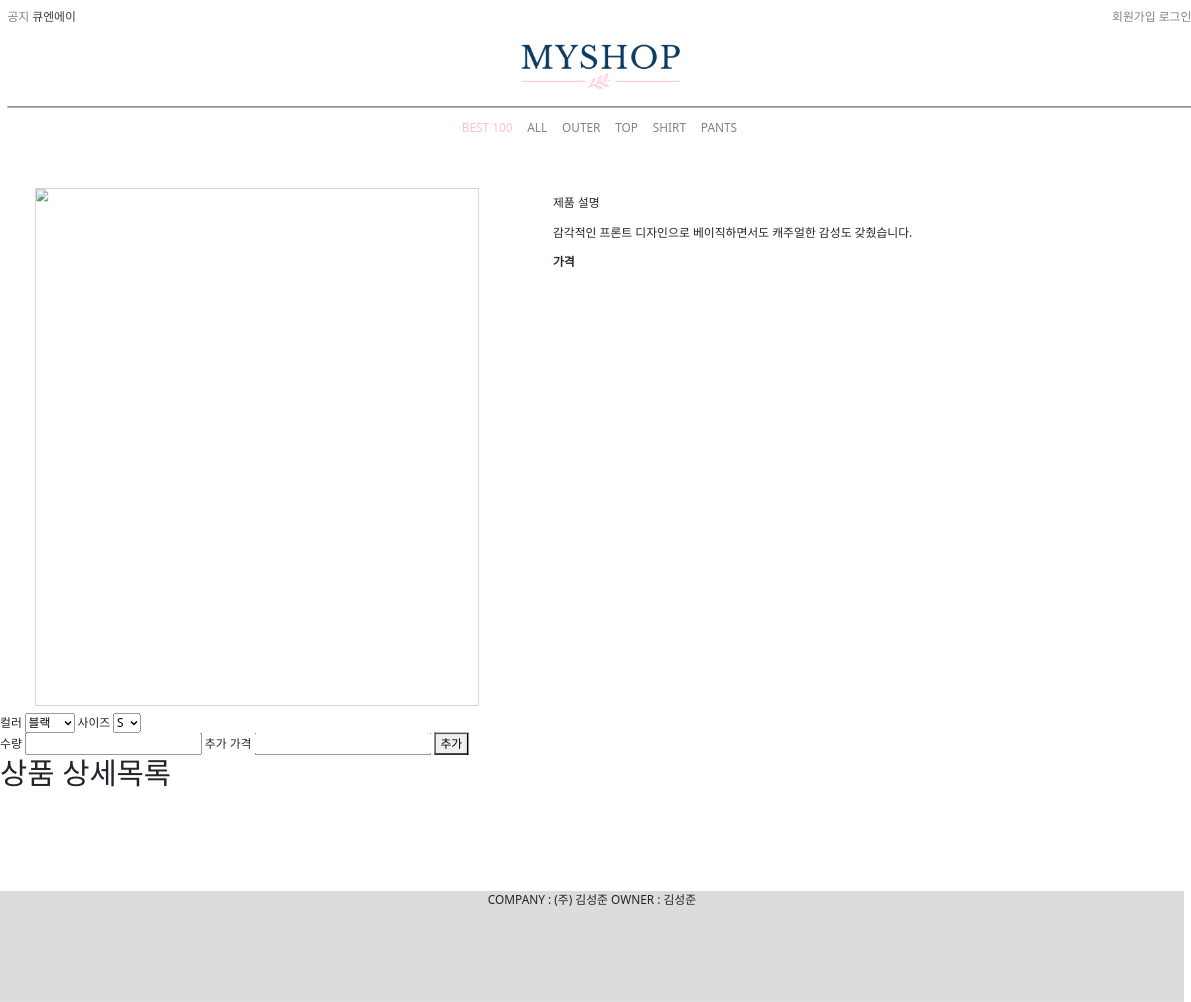
Repository: kkj53051000/MyShop
Page: http://localhost/myshop/WEB-INF/views/admin-product-modify.jsp
The author's editor kept a copy of each file at every save. The page is drawn from the files as they stood at one save, then again after the next save.
The browser window is 1280 px wide. The page is 1610 px wide, so the pictures cover 1610 px, including what lies to the right of the window. The pictures show the whole page, at 74% of full size.
The page is served by Tomcat 9. Nobody is signed in. Other server files are loaded and not shown. The template is opened directly, without the code that normally fills it, so the values that code supplies are empty.

Above is the page before, as saved 2021-02-27 05:13:55.

### myshop/src/main/webapp/WEB-INF/views/admin-product-modify.jsp
<%@ page language="java" contentType="text/html; charset=UTF-8"
    pageEncoding="UTF-8"%>
<!DOCTYPE html>
<html>
<head>
	<meta charset="UTF-8">
	<title>Insert title here</title>
	<style>
		.product_wrap{
			height: 1000px;
			width: 100%;

			display: flex;
			flex-direction: column;
		}
		.product_top{
			width: 100%;
			margin-top: 50px;

			display: flex;
			flex-direction: row;
			justify-content: center;
		}
		.prdout_img{
			height: 700px;
			width: 600px;
		}
		.product_data{
			margin-left: 100px;
		}
		.product_bottom{
			width: 100%;

			display: flex;
			flex-direction: column;
			justify-content: center;
		}
	</style>
</head>
<body>
<%@ include file="common/header.jsp" %>
<div class="product_wrap">
	<div class="product_top">
		<div>
			<img class="prdout_img" src="${product.img_src}"/>
		</div>
		<div class="product_data">
			<div class="product_name">
				<h1>${product.name}</h1>
			</div>
			<div class="product_info">
				<p>제품 설명</p>
				<p>감각적인 프론트 디자인으로 베이직하면서도 캐주얼한 감성도 갖췄습니다.</p>
				<b>가격</b> <p>${product.price}</p>
			</div>
		</div>
	</div>
	<div class="product_bottom">
		<form action="/productinfo" method="POST">
			<span>컬러</span>
		    <select name="color">
		        <option value="BLACK">블랙</option>
		        <option value="WHITE">화이트</option>
		        <option value="BLUE">블루</option>
		    </select>
		    <span>사이즈</span>
		    <select name="size">
		        <option value="S">S</option>
		        <option value="M">M</option>
		        <option value="L">L</option>
		    </select>
		    <br/>
		    <span>수량</span> <input name="amount"/>
		    <span>추가 가격</span> <input name="add_price">
		    <input type="hidden" name="id" value="${product.id}">
		    <button class="add_btn">추가</button>
		</form>
		<h1>상품 상세목록</h1>
		<c:forEach var="info" items="${productinfos}">
			색상 : ${info.color} 사이즈 : ${info.size} 수량 : ${info.amount}<br/>
		</c:forEach>
	</div>
</div>


	<%@ include file="common/footer.jsp" %>

	<!--
	<script
  src="https://code.jquery.com/jquery-3.5.1.js"
  integrity="sha256-QWo7LDvxbWT2tbbQ97B53yJnYU3WhH/C8ycbRAkjPDc="
  crossorigin="anonymous"></script>

	<script type="text/javascript">



    document.querySelector('.add_btn').addEventListener('click', function() {
        const color_target = document.getElementById("color");
        const color_targetValue = document.getElementById("color").options.selectedIndex;

        const size_target = document.getElementById("size");
        const size_targetValue = document.getElementById("size").options.selectedIndex;

        const color_value = color_target.options[color_targetValue].value;
        const size_value = size_target.options[size_targetValue].value;

        const amount_value = document.getElementById("amount").value;

        console.log(color_value)
        console.log(size_value)
        console.log(amount_value)

        $.ajax({
				type : 'GET',
				data : {color : color_value, size : size_value, amount : amount_value },
				url : 'http://localhost:8080/colorsize',
				error : function(error){
				},
				success : function(data){

				},

			});

        })
    </script>

     -->
</body>
</html>

### myshop/src/main/webapp/WEB-INF/views/common/header.jsp
<%@ page language="java" contentType="text/html; charset=UTF-8" pageEncoding="UTF-8"%>
<%@ taglib prefix="c" uri="http://java.sun.com/jsp/jstl/core" %>
<!DOCTYPE html>
<html>
<head>
	<meta charset="UTF-8">
	<title>Header</title>
	<style>
		.header{
			margin: 10px;

			min-width: 1600px;
		}
		.header_top{
			display: flex;
			flex-direction: row;
			justify-content: space-between;

			color: #3c3c3c;
		}
		.header_center{
			display: flex;
			justify-content: center;
			margin-bottom: 5px;
			border-bottom: 1px solid black;
		}
		.header_center_img{
			height: 100px;
		}
		.header_left{

		}
		.header_right{

		}
		.header_footer{

			width: 100%;
			display: flex;
			justify-content: center;

			<!-- position: fixed; -->


			color: #828282;
		}
		.header_footer > span{
			margin: 10px;
		}
		img{
			margin-bottom: 10px;
		}

		a:link {text-decoration:none; color: #828282;}
		a:visited {text-decoration:none; color: #828282;}
		a:hover {text-decoration:none; color: #828282;}
	</style>
	<link href="https://cdn.jsdelivr.net/npm/bootstrap@5.0.0-beta2/dist/css/bootstrap.min.css" rel="stylesheet" integrity="sha384-BmbxuPwQa2lc/FVzBcNJ7UAyJxM6wuqIj61tLrc4wSX0szH/Ev+nYRRuWlolflfl" crossorigin="anonymous">
</head>
<body>
	<div class="header">
		<div class="header_top">
			<div class="header_left">
				<span><a href="/notice/list">공지</a></span>
				<span>큐엔에이</span>
			</div>
			<div class="header_right">
				<c:if test="${user.role == 'USER'}">
					<!-- user, admin Check -->
				</c:if>

				<c:if test="${user == null}">
					<span><a href="/join">회원가입</a></span>
					<span><a href="/login">로그인</a></span>
				</c:if>
				<c:if test="${user != null}">
					<strong>관리자</strong>
					<span><a href="/admin/product-list">제품상세등록</a></span>
					<span><a href="/product-upload">제품등록</a></span>
					<span><a href="/order/list">주문내역</a></span>
					<span><a href="##">카트</a></span>
					<span><a href="##">마이페이지</a></span>
					<span><a href="/user/logout">로그아웃</a></span>
				</c:if>
			</div>
		</div>
		<div class="header_center">
			<a href="/"><img class="header_center_img" src="/public/upload/logo.jpg"/></a>
		</div>
		<div class="header_footer">
			<span><a href="####" style="color: #ffc0cb;">BEST 100</a></span>
			<span><a href="/product/list?category=ALL">ALL</a></span>
			<span><a href="/product/list?category=OUTER">OUTER</a></span>
			<span><a href="/product/list?category=TOP">TOP</a></span>
			<span><a href="/product/list?category=SHIRT">SHIRT</a></span>
			<span><a href="/product/list?category=PANTS">PANTS</a></span>
		</div>
	</div>
</body>
</html>

### myshop/src/main/webapp/WEB-INF/views/common/footer.jsp
<%@ page language="java" contentType="text/html; charset=UTF-8"
    pageEncoding="UTF-8"%>
<!DOCTYPE html>
<html>
<head>
	<meta charset="UTF-8">
	<title>Insert title here</title>
	<style>
		.footer{
			display: flex;
			justify-content: center;
			background-color: #dcdcdc;
			height: 150px;

			min-width: 1600px;
		}
	</style>
</head>
<body>
	<div class="footer">
		<span>COMPANY : (주) 김성준 OWNER : 김성준</span>
	</div>
</body>
</html>

After the next save:
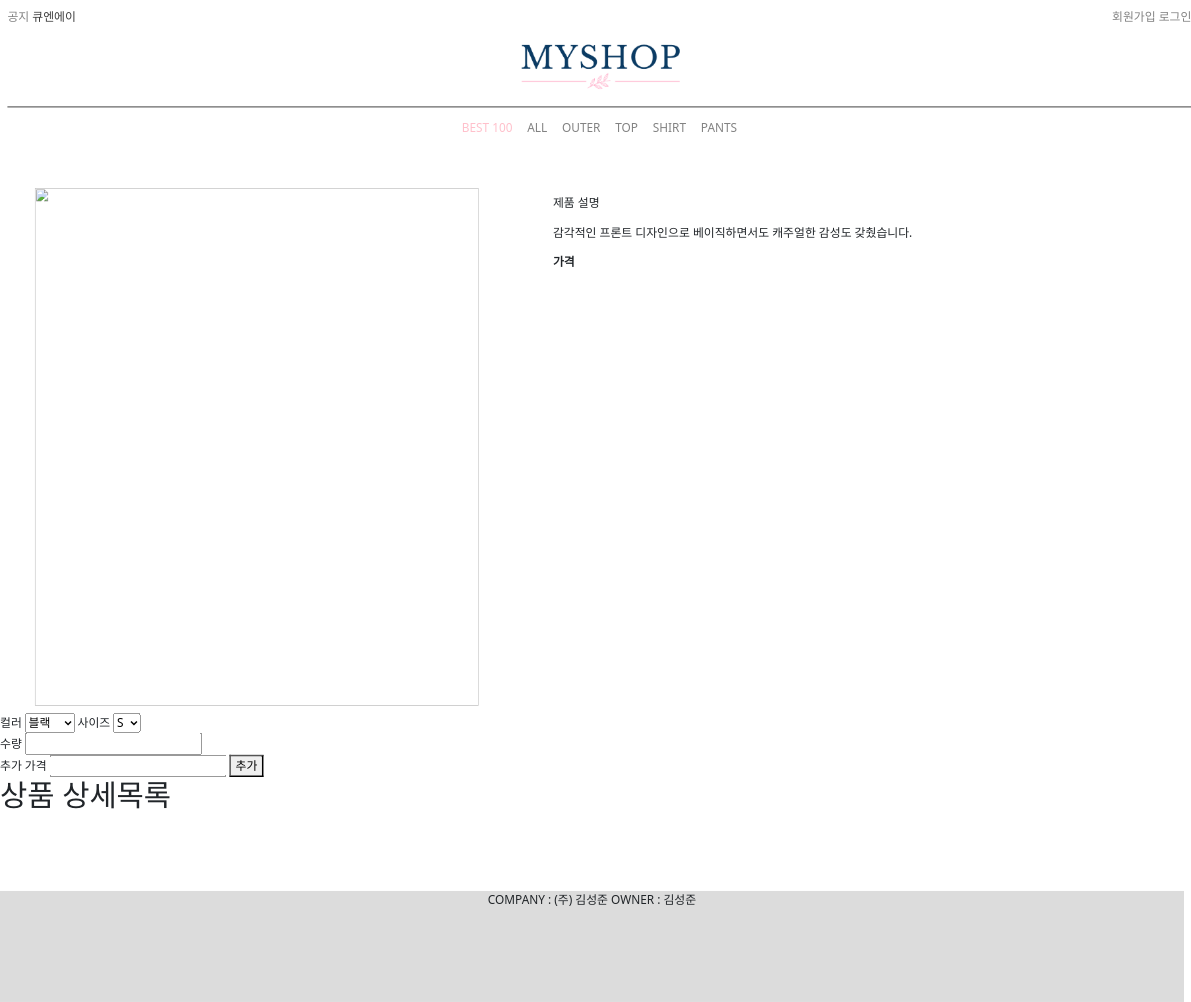
Saved 7 s later.
--- a/myshop/src/main/webapp/WEB-INF/views/admin-product-modify.jsp
+++ b/myshop/src/main/webapp/WEB-INF/views/admin-product-modify.jsp
@@ -70,7 +70,7 @@
 		        <option value="L">L</option>
 		    </select>
 		    <br/>
-		    <span>수량</span> <input name="amount"/>
+		    <span>수량</span> <input name="amount"/><br>
 		    <span>추가 가격</span> <input name="add_price">
 		    <input type="hidden" name="id" value="${product.id}">
 		    <button class="add_btn">추가</button>
